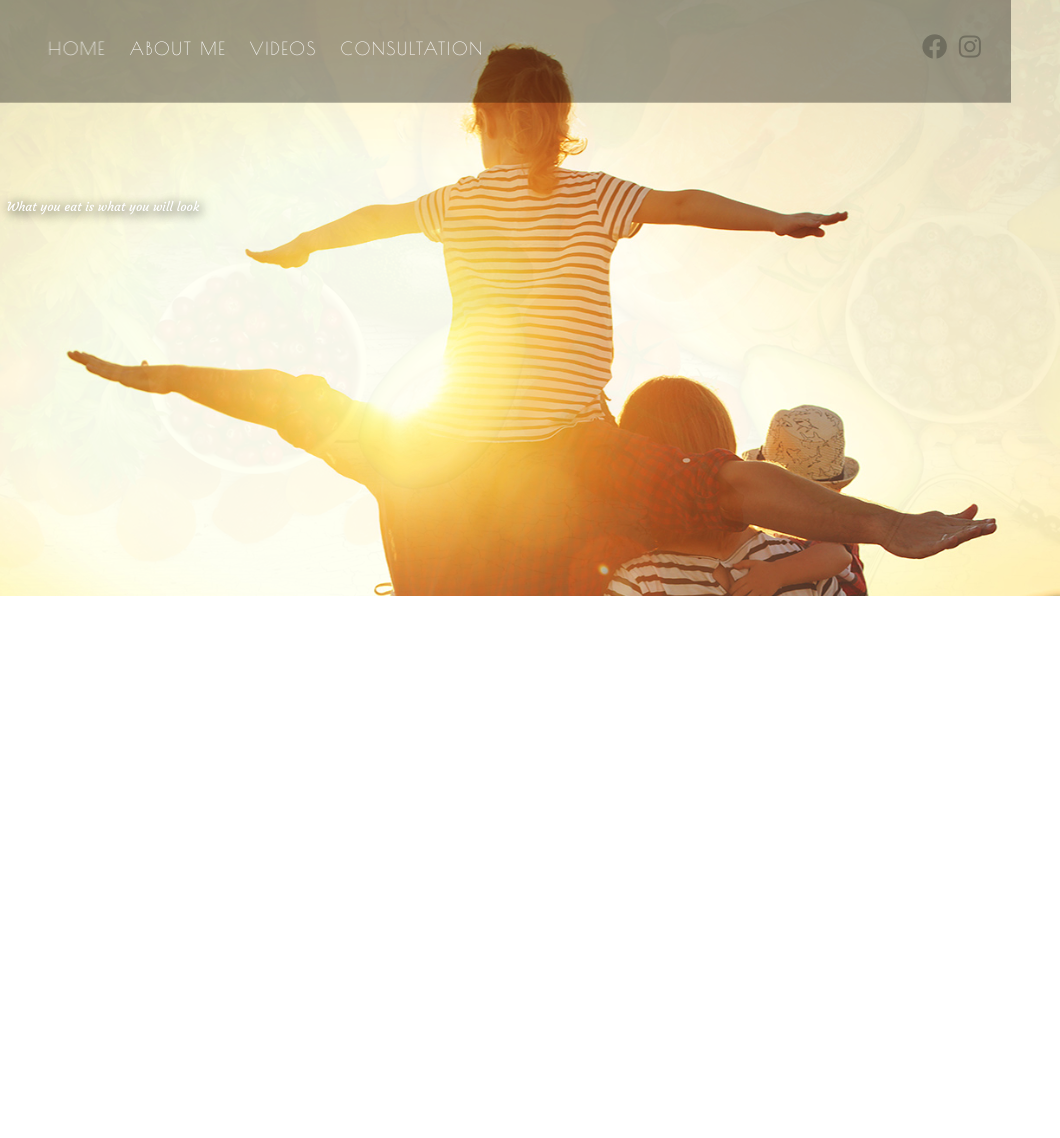
Repository: Aleksandre19/cv-ucmp
Page: index.html
The author's editor kept a record of every edit. The page is drawn from the files as they stood at one moment, then again after the next edit.
The browser window is 1280 px wide. The page is 1342 px wide, so the pictures cover 1342 px, including what lies to the right of the window. The pictures show the whole page, at 79% of full size.
Backgrounds fixed to the window are drawn as part of the page. Some web libraries are served in a nearby version.

Above is the page before.

After the next edit:
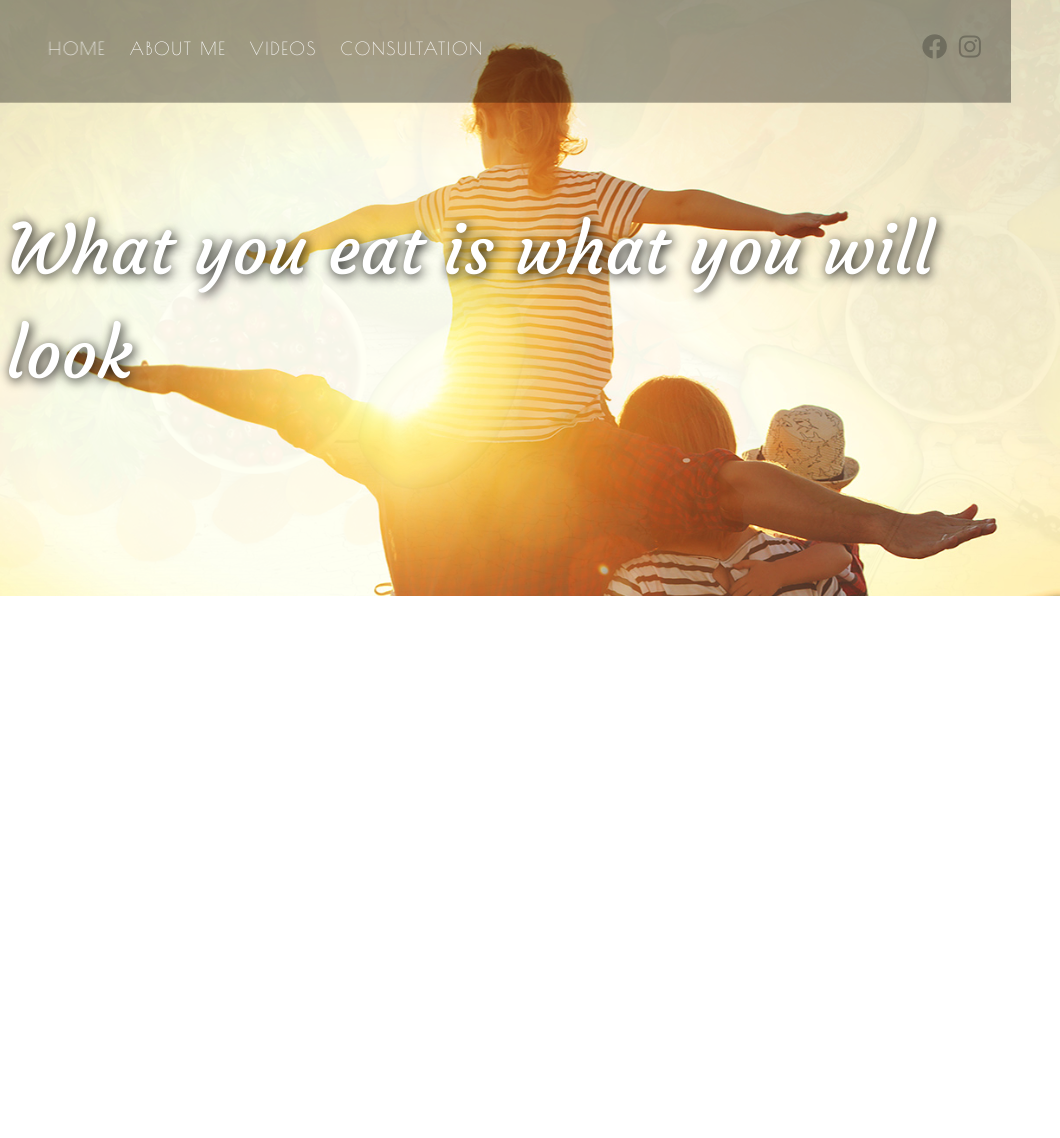
The edit:
--- a/assets/css/style.css
+++ b/assets/css/style.css
@@ -256,7 +256,7 @@
         font-size: 0em;
     }
 
-    75%{
+    24%{
         font-size: 5em;
     }
 
